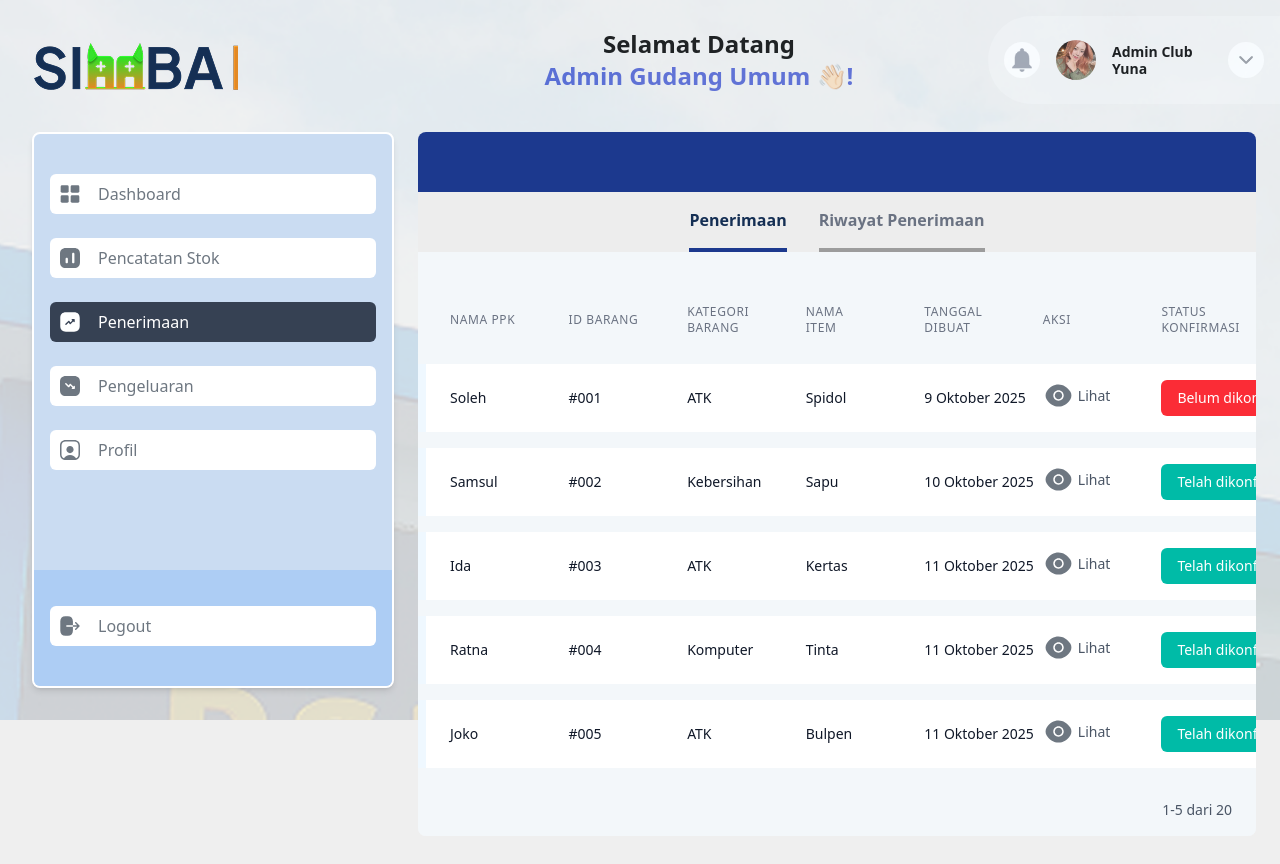
Repository: Gokerwow/inventory-fe
Page: /penerimaan
An editor plug-in stored every save of this project. The page is shown before and after the next save, followed by the edit.
The browser window is 1280 px wide. The pictures show the whole page.
The project was rebuilt for these pictures with package versions that can differ from the ones it lists, and the page was loaded fresh each time. Also part of the build but not shown: vite.config.ts, src/components/categoryBarChart.tsx, src/components/lineChart.tsx, src/pages/dashboard.tsx, src/pages/stokBarang.tsx, src/pages/pengeluaran.tsx, src/pages/profil.tsx.

Above is the page before, as saved 2025-10-14 18:54:54.

After the next save:
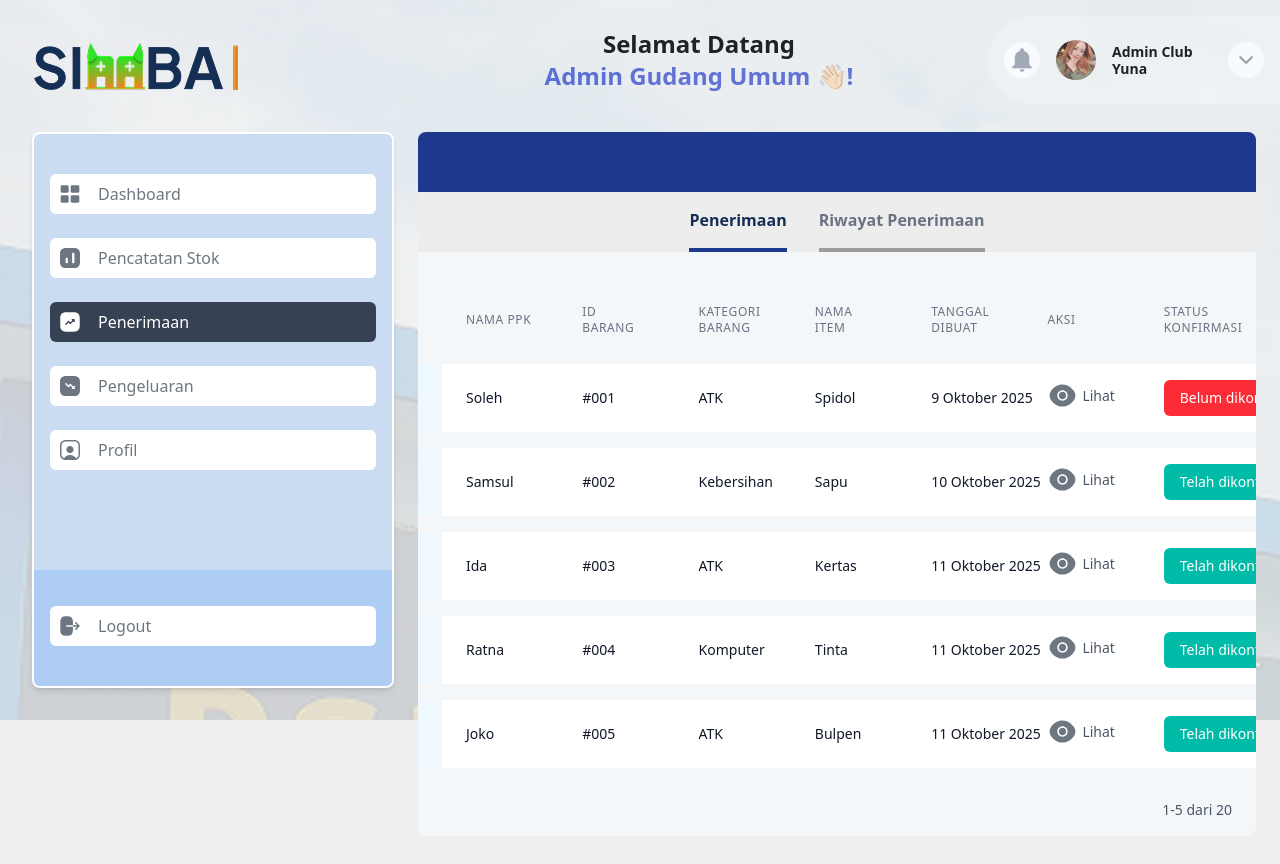
Saved 4 s later.
--- a/src/pages/penerimaan.tsx
+++ b/src/pages/penerimaan.tsx
@@ -91,7 +91,7 @@ export default function Penerimaan() {
                     <table className="w-full mx-auto bg-[#F3F7FA] table-fixed border-separate border-spacing-y-4">
                         <thead className="">
                             <tr>
-                                <th className="w-2"></th>
+                                <th className=" w-[24px]"></th>
                                 <th className="px-6 py-3 text-left text-xs font-medium text-gray-500 uppercase tracking-wider">
                                     Nama PPK
                                 </th>
